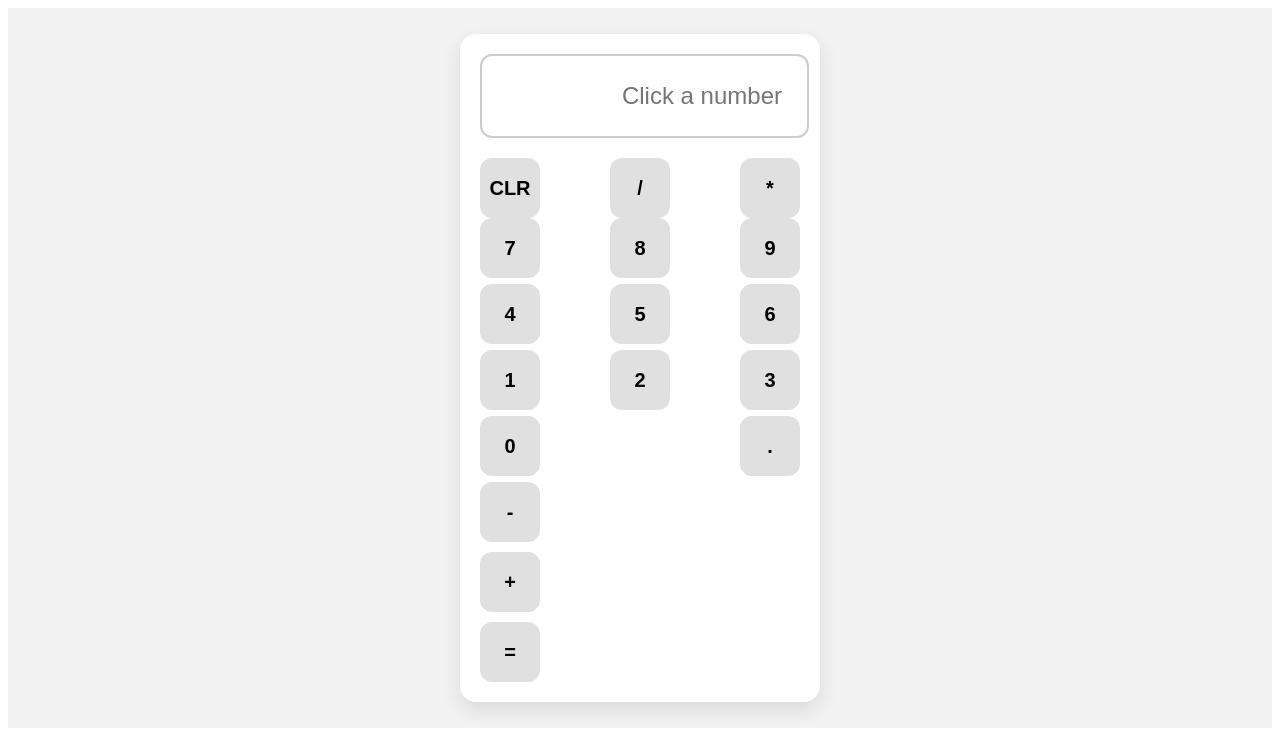
Repository: Marivic-SLRS/ReactJS-Basic-Calculator
Page: /
An editor plug-in stored every save of this project. The page is shown before and after the next save, followed by the edit.
The browser window is 1280 px wide. The pictures show the whole page.
The project was rebuilt for these pictures with package versions that can differ from the ones it lists, and the page was loaded fresh each time.

Above is the page before, as saved 2025-07-30 17:38:47.

### src/index.js
import React from 'react';
import ReactDOM from 'react-dom/client';
import App from './App';


const root = ReactDOM.createRoot(document.getElementById('root'));
root.render(
    <App />

);

### src/App.js
import Calculator from "./Components/Calculator";


function App() {
  return <Calculator/>
}

export default App;

### src/Components/Calculator.js
import React from 'react';
import '../Assets/Calculator.css';

function Calculator() {
  return (
    <div className='container'>
        <form className='form'>

            <div className='monitor-container'>
                <input
                    className='monitor'
                    type='number'
                    placeholder='Click a number'
                    readOnly
                    disabled
                />
            </div>

            <div >
                    <div className='first-layer'>
                            <button>CLR</button>
                            <button>/</button>
                            <button>*</button>
                    </div>
                    <div className='second-layer'>
                        <div>
                            <button>7</button>
                            <button>8</button>
                            <button>9</button>
                        </div>
                        <div>
                            <button>4</button>
                            <button>5</button>
                            <button>6</button>
                        </div>

                        <div>
                            <button>1</button>
                            <button>2</button>
                            <button>3</button>
                        </div>

                        <div>
                            <button>0</button>
                            <button>.</button>
                        </div>
                    </div>
                    <div className='third-layer'>
                            <button>-</button>
                            <button>+</button>
                            <button>=</button>
                    </div>

            </div>

        </form>

    </div>
  )
}

export default Calculator

### src/Assets/Calculator.css

.container {
  display: flex;
  justify-content: center;
  align-items: center;
  height: 100vh;
  background-color: #f2f2f2;
}


.form {
  background-color: #fff;
  padding: 20px;
  border-radius: 16px;
  box-shadow: 0 8px 20px rgba(0, 0, 0, 0.1);
  width: 320px;
}


.monitor-container {
  margin-bottom: 20px;
  padding-right: 15px;

}

.monitor {
  width: 100%;
  height: 60px;
  font-size: 24px;
  padding: 10px;
  border-radius: 12px;
  border: 2px solid #ccc;
  text-align: right;
  background-color: #fefefe;

}

/* Buttons container updated for row layout */
.btns-container {
  display: flex;
  flex-direction: row;
  gap: 12px;
}

/* Left side: 70% width for first + second layers */
.left-btns {
  width: 70%;
  display: flex;
  flex-direction: column;
  gap: 10px;
}

/* Right side: 30% width for third layer buttons in column */
.third-layer {
  width: 30%;
  display: flex;
  flex-direction: column;
  gap: 10px;
  justify-content: space-between;
}

/* First layer row (e.g., CLR, /, *) */
.first-layer {
  display: flex;
  justify-content: space-between;
}

/* Second layer grid for numbers */
.second-layer > div {
  display: flex;
  justify-content: space-between;
  margin-bottom: 6px;
}

/* Button styles */
button {
  width: 60px;
  height: 60px;
  font-size: 20px;
  font-weight: bold;
  border: none;
  border-radius: 12px;
  background-color: #e0e0e0;
  cursor: pointer;
  transition: background-color 0.2s ease;
}

button:hover {
  background-color: #d1d1d1;
}

Loaded but not shown: public/index.html (common file)

After the next save:
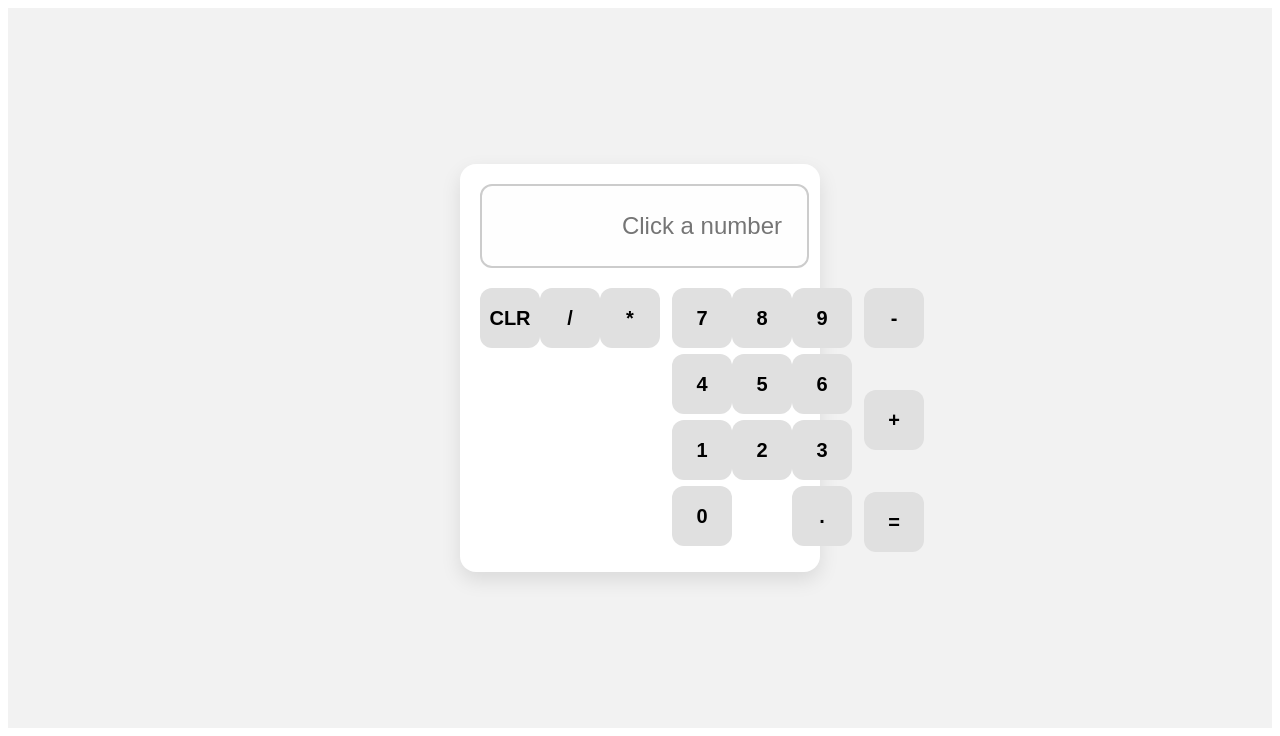
Saved 38 s later.
--- a/src/Components/Calculator.js
+++ b/src/Components/Calculator.js
@@ -16,7 +16,7 @@ function Calculator() {
                 />
             </div>
 
-            <div >
+            <div className='btns-container'>
                     <div className='first-layer'>
                             <button>CLR</button>
                             <button>/</button>
